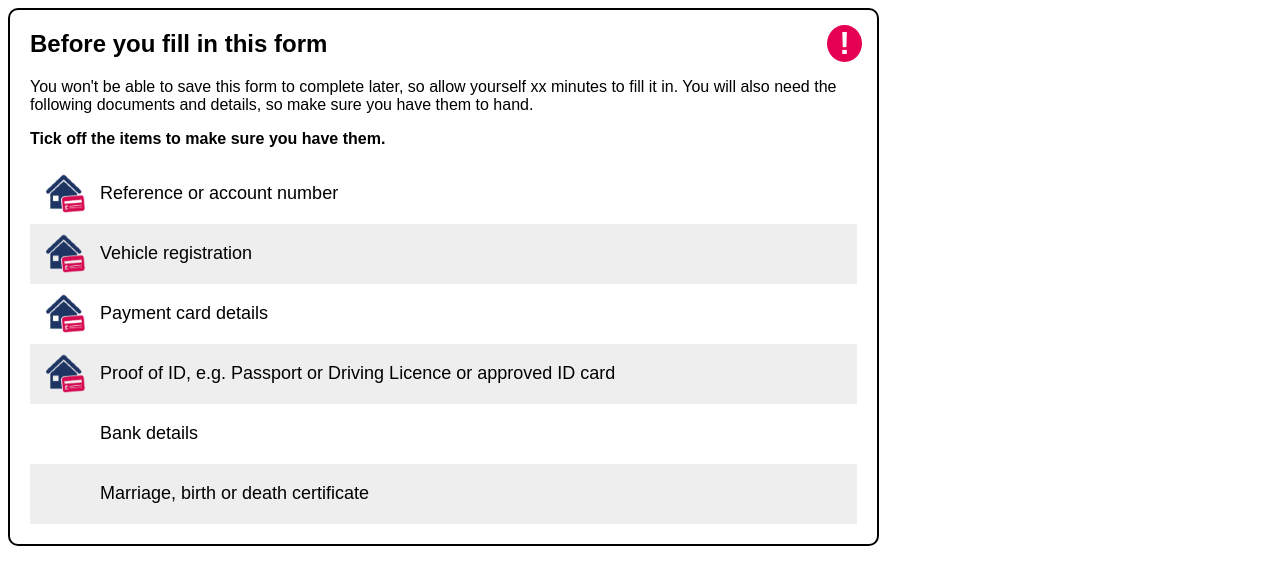
Repository: DigitalExperienceTeam/formchecklist
Page: index.html
The author's editor kept a record of every edit. The page is drawn from the files as they stood at one moment, then again after the next edit.
The browser window is 1280 px wide. The pictures show the whole page.

Above is the page before.

### index.html
<!DOCTYPE html>
<html lang="en">

<head>
    <meta charset="UTF-8">
    <meta name="viewport" content="width=device-width, initial-scale=1.0">
    <meta http-equiv="X-UA-Compatible" content="ie=edge">
    <script src="https://ajax.googleapis.com/ajax/libs/jquery/3.4.1/jquery.min.js"></script>
    <script type="text/javascript" src="checklist.js"></script>
    <link rel="stylesheet" href="style.css" type="text/css" />
    <title>Document</title>
</head>

<body>
<div class="checklist">
    <div class="exclamation">!</div>
  <h2>Before you fill in this form</h2>
  <p>You won't be able to save this form to complete later, so allow yourself xx minutes to fill it in. You will also need the following documents and details, so make sure you have them to hand.</p>

<p><strong>Tick off the items to make sure you have them.</strong></p>
<ul>
  <li class="reference">Reference or account number</li>
  <li class="registration">Vehicle registration</li>
  <li class="payment">Payment card details</li>
  <li class="proof">Proof of ID, e.g. Passport or Driving Licence or approved ID card</li>
  <li class="bank">Bank details</li>
  <li class="certificate">Marriage, birth or death certificate</li>
</ul>

</div>
</body>

</html>

### checklist.js
$( document ).ready(function() {

    $( "li" ).click(function() {

  $(this).toggleClass("checked");
});


});

### style.css

/* Include the padding and border in an element's total width and height */
* {
  box-sizing: border-box;
}

body {
    max-width: 871px;
    font-family: "franklin-gothic-urw",sans-serif;
}

.checklist {
    border: 2px solid #000;
    padding: 20px;
    border-radius: 10px;
    position: relative;
}

.exclamation {
    position: absolute;
    right: 15px;
    top: 15px;
    font-size: 2em;
    font-weight: bold;
    border-radius: 50%;
    padding: 0 12px;
    color: #fff;
    background-color: #e60054;
}

.checklist h2 {
    margin-top: 0;
}

/* Remove margins and padding from the list */
.checklist ul {
  margin: 0;
  padding: 0;
}

/* Style the list items */
.checklist ul li {
  cursor: pointer;
  position: relative;
  padding: 12px 8px 12px 70px;
  background: #eee;
  font-size: 18px;
  transition: 0.2s;
  list-style-type: none;
  min-height: 60px;
line-height: 35px;

  /* make the list items unselectable */
  -webkit-user-select: none;
  -moz-user-select: none;
  -ms-user-select: none;
  user-select: none;
}

/* Set all odd list items to a different color (zebra-stripes) */
.checklist ul li:nth-child(odd) {
  background: #fff;
}

/* Darker background-color on hover */
.checklist ul li:hover {
  background: #ddd;
}

.checklist ul li::before {
 ;
    padding-right: 10px;
      position: absolute;
        top: 10px;
  left: 16px;
  line-height: 0;
}

.checklist ul li.reference::before {
 content: url("Taxsmall.png");
}

.checklist ul li.registration::before {
 content: url("Taxsmall.png");
}

.checklist ul li.payment::before {
 content: url("Taxsmall.png");
}

.checklist ul li.proof::before {
 content: url("Taxsmall.png");
}

.checklist ul li.reference::before {
 content: url("Taxsmall.png");
}

.checklist ul li.reference::before {
 content: url("Taxsmall.png");
}

     <li class="reference">Reference or account number</li>
  <li class="registration">Vehicle registration</li>
  <li class="payment">Payment card details</li>
  <li class="proof">Proof of ID, e.g. Passport or Driving Licence or approved ID card</li>
  <li class="bank">Bank details</li>
  <li class="certificate">Marriage, birth or death certificate</li>
</ul>



/* When clicked on, add a background color and strike out text */
.checklist ul li.checked {
  background: #d8e3ed;

}



/* Add a "checked" mark when clicked on */
ul li.checked::after {
  content: '\2713';
  padding-left: 10px;
  font-weight: 900;
  font-size: 1.5em;
  line-height: 0;

}

After the next edit:
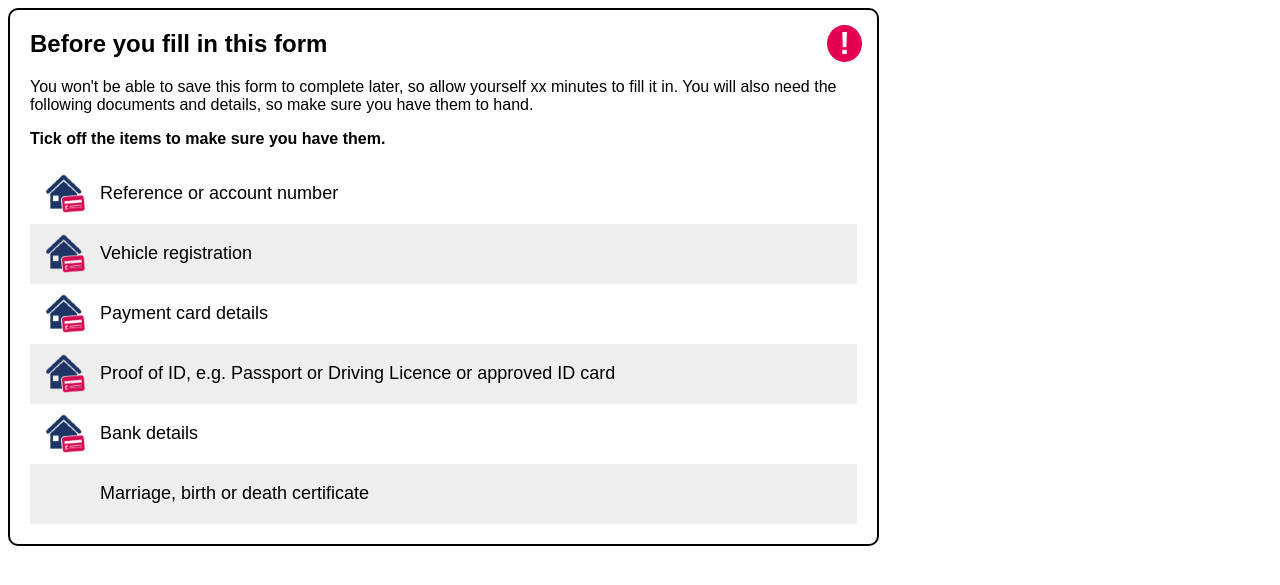
The edit:
--- a/style.css
+++ b/style.css
@@ -92,7 +92,7 @@
  content: url("Taxsmall.png");
 }
 
-.checklist ul li.reference::before {
+.checklist ul li.bank::before {
  content: url("Taxsmall.png");
 }
 
